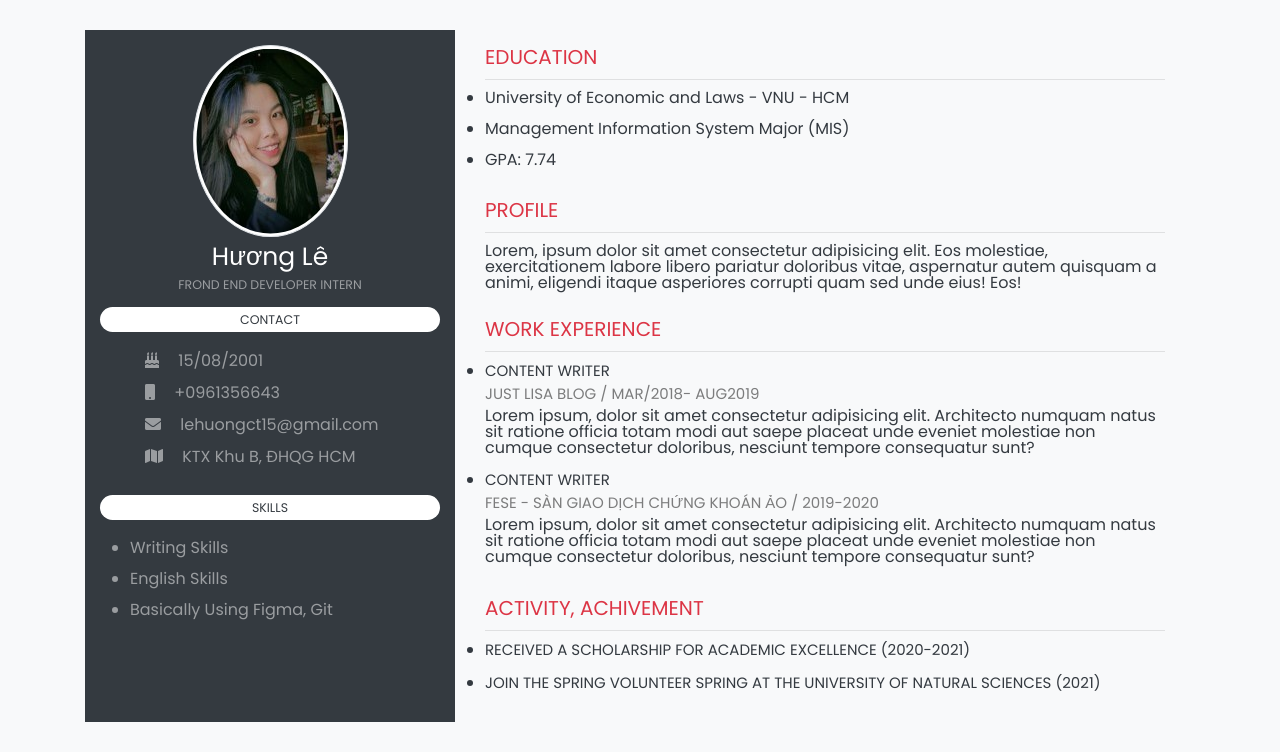
Repository: huongle158/cvhuongle
Page: index.html
These files come from the project's save history. The page is drawn as it stood at one moment and after the next save; the edit follows.
The browser window is 1280 px wide. The pictures show the whole page.
Some web libraries are served in a nearby version.

Above is the page before, as saved 2021-12-13 00:09:32.

### index.html
<!DOCTYPE html>
<html lang="en">
  <head>
    <title>Resume</title>
    <link
      href="https://fonts.googleapis.com/css2?family=Poppins:wght@400;600&display=swap"
      rel="stylesheet"
    />
    <link rel="stylesheet" href="https://cdnjs.cloudflare.com/ajax/libs/font-awesome/5.10.0/css/all.min.css" integrity="sha512-PgQMlq+nqFLV4ylk1gwUOgm6CtIIXkKwaIHp/PAIWHzig/lKZSEGKEysh0TCVbHJXCLN7WetD8TFecIky75ZfQ==" crossorigin="anonymous" referrerpolicy="no-referrer" />
    <!-- Required meta tags -->
    <meta charset="utf-8" />
    <meta
      name="viewport"
      content="width=device-width, initial-scale=1, shrink-to-fit=no"
    />

    <!-- Bootstrap CSS -->
    <link
      rel="stylesheet"
      href="https://stackpath.bootstrapcdn.com/bootstrap/4.3.1/css/bootstrap.min.css"
      integrity="sha384-ggOyR0iXCbMQv3Xipma34MD+dH/1fQ784/j6cY/iJTQUOhcWr7x9JvoRxT2MZw1T"
      crossorigin="anonymous"
    />
    <link rel="stylesheet" href="./assets/css/style.css" />
  </head>
  <body class="bg-light">
    <div class="container p-5">
      <div class="row">

        <div class="col-lg-4 bg-dark text-white text-center py-4">
          <div class="header-left">
            <img
              src="./assets/img/188108614_380364193279457_3096500343222530064_n (1).jpg"
              alt=""
              class="img-thumbnail rounded-circle mb-2"
            />
            <h1 class="display-5">Hương Lê</h1>
            <h4 class="lead text-uppercase text-white-50 mb-4">
              Frond End Developer Intern
            </h4>
          </div>

          <div>
              <h5 class="text-uppercase bg-white text-dark py-2 rounded-pill mb-4" >contact</h5>
              <ul class="list-unstyled text-white-50 ml-5 py-2 text-left">
                  <li class="list-item mb-4">
                      <i class="fas fa-birthday-cake mx-4"></i>
                     15/08/2001
                  </li>
                  <li class="list-item mb-4">
                      <i class="fa fa-mobile mx-4"></i>
                      +0961356643
                  </li>
                  <li class="list-item mb-4">
                      <i class="fa fa-envelope mx-4"></i>
                      lehuongct15@gmail.com
                  </li>
                  <li class="list-item mb-4">
                      <i class="fa fa-map mx-4"></i>
                      KTX Khu B, ĐHQG HCM
                  </li>
              </ul>
          </div>
          <div>
              <h5 class="text-uppercase bg-white text-dark py-2 rounded-pill mb-4" >skills</h5>
              <ul class="list text-white-50 ml-5 py-2 text-left text-capitalize">
                <li class="list-item mb-4">Writing skills</li>
                <li class="list-item mb-4">English skills</li>
                <li class="list-item mb-4">Basically using Figma, Git</li>
              </ul>
          </div>

        </div>

        <div class="col-lg-8 bg-light text-dark py-4 px-5">
             <div class="header-right mb-5">
                <h2 class="text-uppercase text-danger">Education</h2>
                <hr>
                 <ul class="list">
                <li class="list-item mb-4">University of Economic and Laws - VNU - HCM</li>
                <li class="list-item mb-4">Management Information System Major (MIS)</li>
                <li class="list-item mb-4">GPA: 7.74</li>
              </ul>


            </div>
            <div class="header-right">
                <h2 class="text-uppercase text-danger">profile</h2>
                <hr>
                <p>Lorem, ipsum dolor sit amet consectetur adipisicing elit. Eos molestiae, exercitationem labore libero pariatur doloribus vitae, aspernatur autem quisquam a animi, eligendi itaque asperiores corrupti quam sed unde eius! Eos!</p>

            </div>
            <br>
            <div>
                <h2 class="text-uppercase text-danger">Work Experience</h2>
                <hr>
                <ul class="list">
                <li class="list-item mb-4">
                    <h4 class="display-6 text-uppercase">Content Writer</h4>
                    <h4 class="text-uppercase text-black-50">Just Lisa blog  / Mar/2018- Aug2019</h4>
                    <p>Lorem ipsum, dolor sit amet consectetur adipisicing elit. Architecto numquam natus sit ratione officia totam modi aut saepe placeat unde eveniet molestiae non cumque consectetur doloribus, nesciunt tempore consequatur sunt?</p>
                </li>
                 <li class="list-item mb-4">
                    <h4 class="display-6 text-uppercase">Content Writer</h4>
                    <h4 class="text-uppercase text-black-50">FESE - Sàn Giao dịch Chứng khoán ảo  / 2019-2020</h4>
                    <p>Lorem ipsum, dolor sit amet consectetur adipisicing elit. Architecto numquam natus sit ratione officia totam modi aut saepe placeat unde eveniet molestiae non cumque consectetur doloribus, nesciunt tempore consequatur sunt?</p>
                </li>

              </ul>

            </div>
            <br>
             <div>
                <h2 class="text-uppercase text-danger">Activity, Achivement</h2>
                <hr>
                <ul class="list">

                 <li class="list-item mb-4">
                    <h4 class="display-6 text-uppercase">Received a scholarship for academic excellence (2020-2021)</h4>
                </li>
                <li class="list-item mb-4">
                    <h4 class="display-6 text-uppercase">Join the Spring Volunteer Spring at the University of Natural Sciences (2021)</h4>
                </li>

              </ul>

            </div>
        </div>
      </div>
    </div>

    <!-- Optional JavaScript -->
    <!-- jQuery first, then Popper.js, then Bootstrap JS -->
    <script
      src="https://code.jquery.com/jquery-3.3.1.slim.min.js"
      integrity="sha384-q8i/X+965DzO0rT7abK41JStQIAqVgRVzpbzo5smXKp4YfRvH+8abtTE1Pi6jizo"
      crossorigin="anonymous"
    ></script>
    <script
      src="https://cdnjs.cloudflare.com/ajax/libs/popper.js/1.14.7/umd/popper.min.js"
      integrity="sha384-UO2eT0CpHqdSJQ6hJty5KVphtPhzWj9WO1clHTMGa3JDZwrnQq4sF86dIHNDz0W1"
      crossorigin="anonymous"
    ></script>
    <script
      src="https://stackpath.bootstrapcdn.com/bootstrap/4.3.1/js/bootstrap.min.js"
      integrity="sha384-JjSmVgyd0p3pXB1rRibZUAYoIIy6OrQ6VrjIEaFf/nJGzIxFDsf4x0xIM+B07jRM"
      crossorigin="anonymous"
    ></script>
  </body>
</html>

### assets/css/style.css
html {
  box-sizing: border-box;
  font-family: 'Roboto', sans-serif;
}
* {
  margin: 0;
  padding: 0;
}
*,
*:before,
*:after {
  box-sizing: border-box;
}
input,
textarea,
select,
button {
  outline: none;
}
input {
  line-height: normal;
}
label,
button {
  cursor: pointer;
}
a {
  text-decoration: none;
}
img {
  display: block;
  max-width: 100%;
}
*,
*:before,
*:after {
  box-sizing: border-box;
}
/* using rem unit */
html {
  font-size: 62.5%;
}
a {
  text-decoration: none;
}
img {
  display: block;
  max-width: 100%;
}
body {
  font-family: "Poppins", sans-serif;
  font-size: 16px;
  line-height: 1;
}
/*  */
img.rounded-circle{
margin: 0 auto;
}

After the next save:
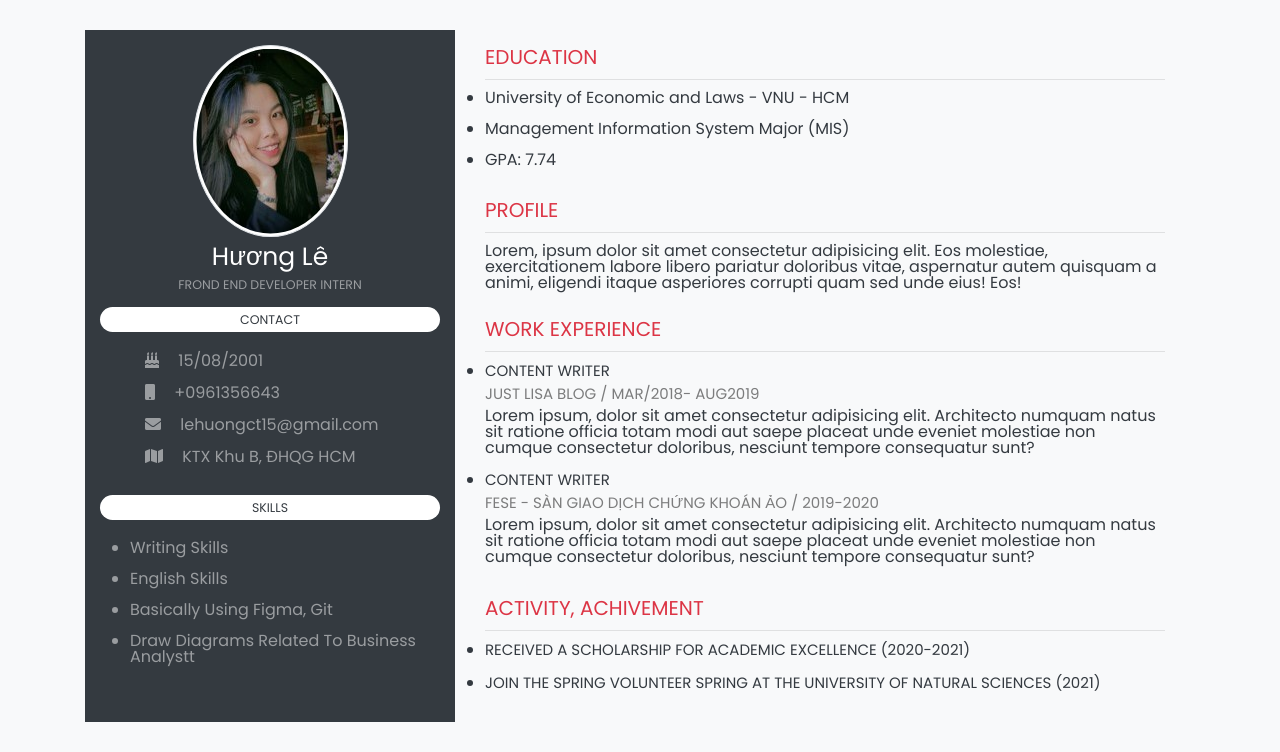
Saved 118 s later.
--- a/index.html
+++ b/index.html
@@ -67,6 +67,7 @@
                 <li class="list-item mb-4">Writing skills</li>
                 <li class="list-item mb-4">English skills</li>
                 <li class="list-item mb-4">Basically using Figma, Git</li>
+                <li class="list-item mb-4">draw diagrams related to Business Analystt</li>
               </ul>
           </div>
 
